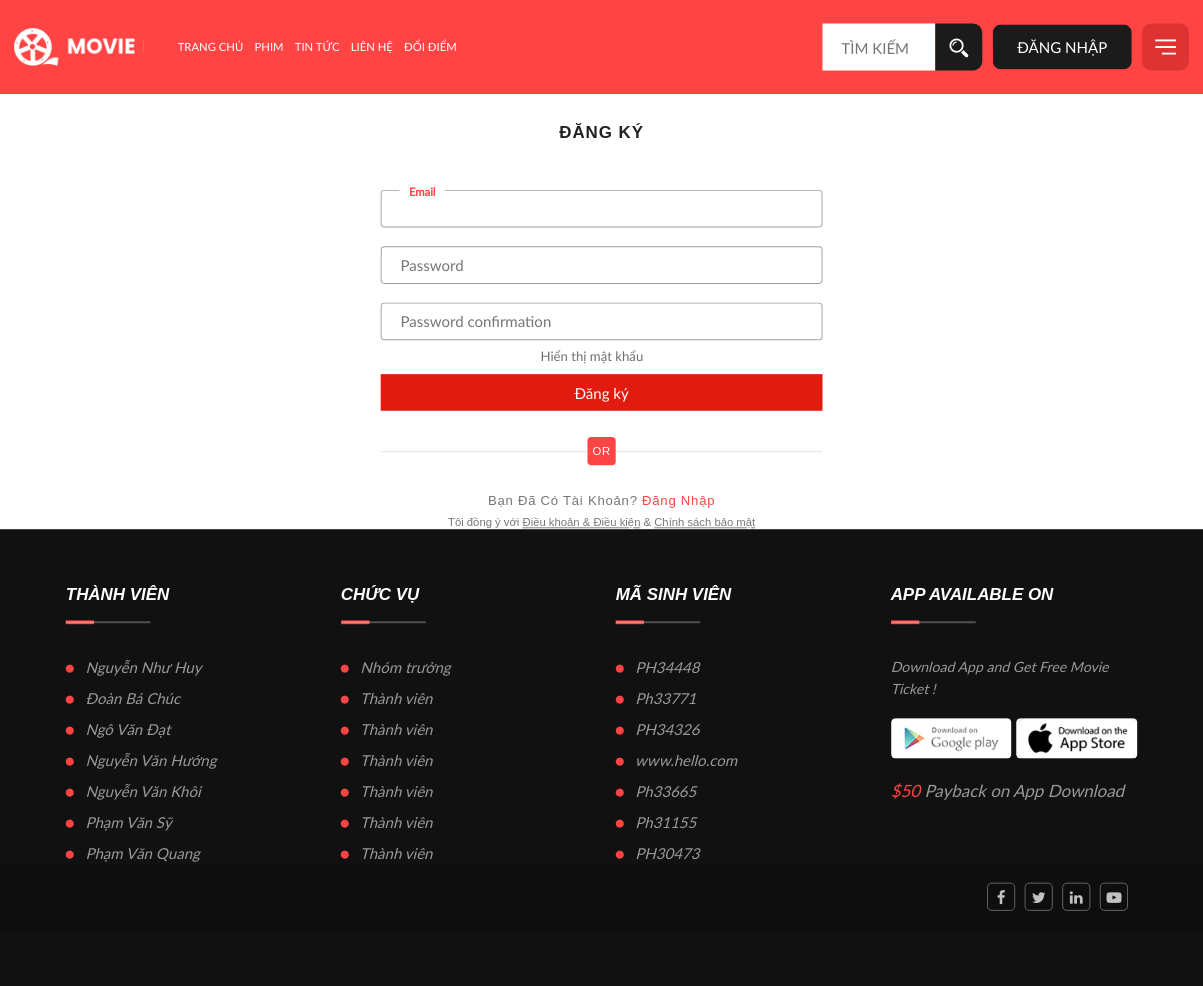
Repository: TK-NNH/DATN
Page: http://localhost/auth/register
The author's editor kept a copy of each file at every save. The page is drawn from the files as they stood at one save, then again after the next save.
The browser window is 1280 px wide. The pictures show the whole page, at 94% of full size.
Some web fonts or font styles are not loaded; a fallback is used. The page is served by the project's Laravel application, run on PHP 8.4 with Laravel 10. The database holds what the project's SQL file puts in it. Queries for data that is not in the repository find no rows.

Above is the page before, as saved 2024-12-20 12:09:30.

After the next save:
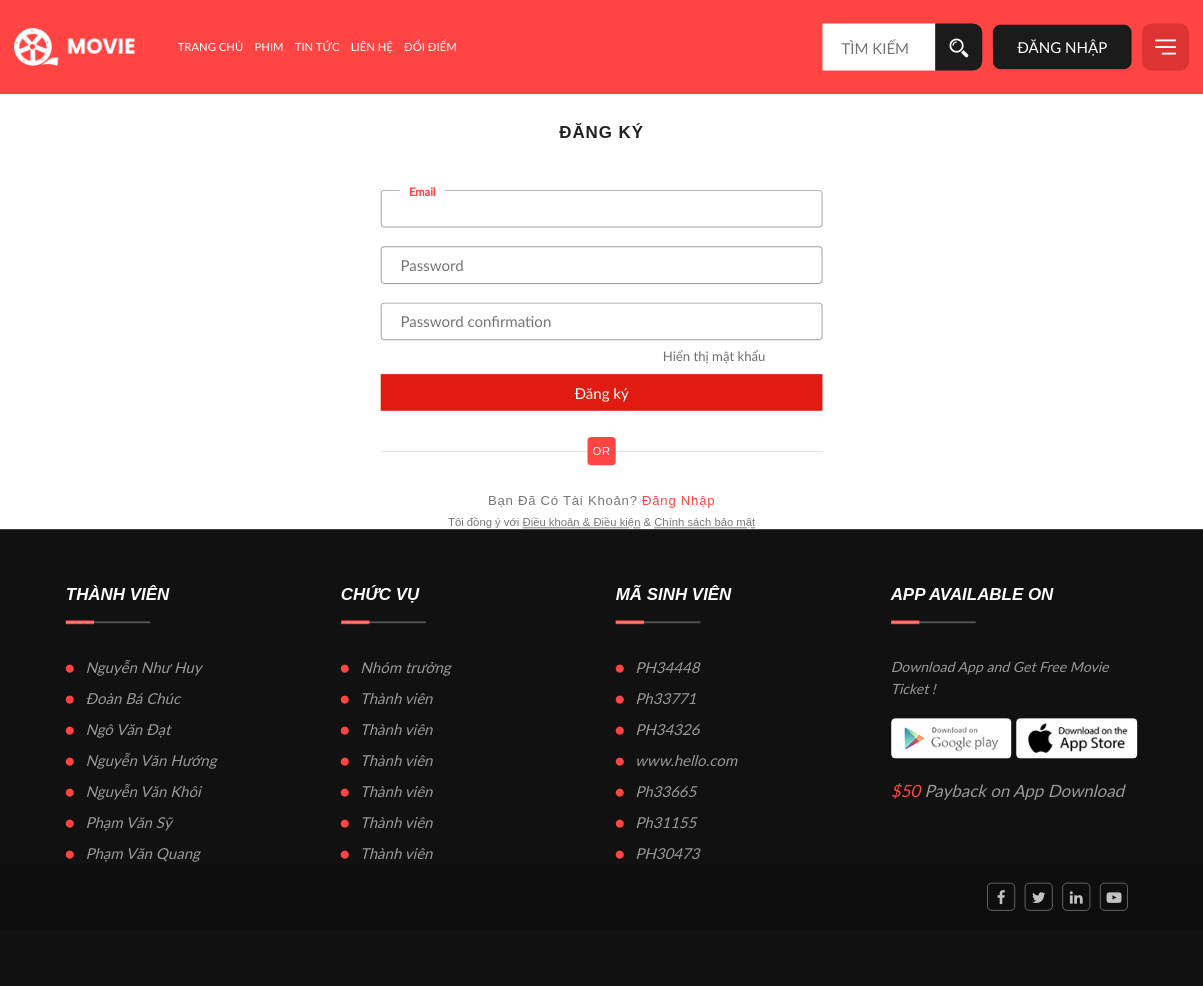
Saved 24 s later.
--- a/FilmHub-Booking/Backend-filmhub/resources/views/frontend/auth/register.blade.php
+++ b/FilmHub-Booking/Backend-filmhub/resources/views/frontend/auth/register.blade.php
@@ -84,7 +84,7 @@
                         @if ($errors->has('password_confirmation'))
                             <div class="text-danger mt-1">{{ $errors->first('password_confirmation') }}</div>
                         @endif
-                        <div id="showmatkhau" style="margin-left: 170px; font-size: 14px; margin-top: 5px; cursor: pointer">Hiển thị mật khẩu</div>
+                        <div id="showmatkhau" style="margin-left: 300px; font-size: 14px; margin-top: 5px; cursor: pointer">Hiển thị mật khẩu</div>
 
                         @if (isset($email) && $email != "")
                             <p style="margin-top: 5px; ">Chúng tôi đã gửi xác nhận đăng ký tài khoản về email {{$email}}</p>
